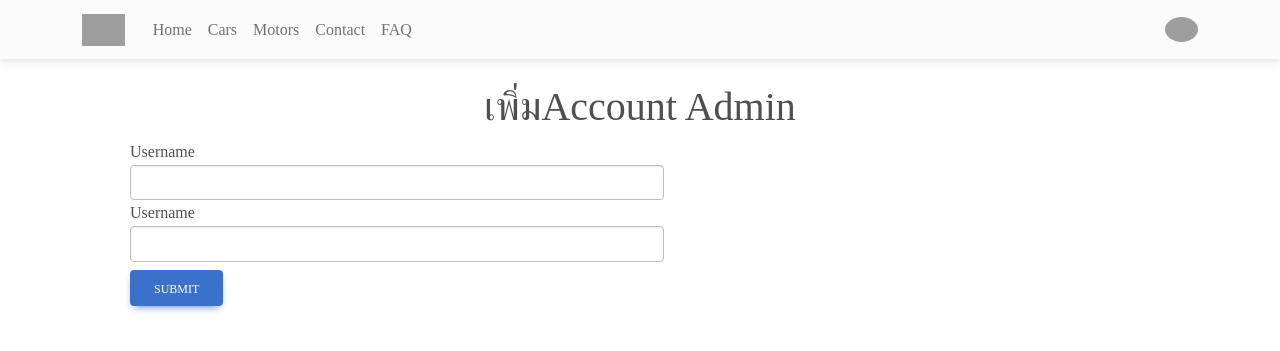
Repository: armychawakorn/Rent4U-Java
Page: http://localhost/miniproject/Admin/addusers.jsp
The author's editor kept a copy of each file at every save. The page is drawn from the files as they stood at one save, then again after the next save.
The browser window is 1280 px wide. The pictures show the whole page.
Pictures or frames that could not be fetched are drawn as grey boxes. Some web fonts or font styles are not loaded; a fallback is used. Some web libraries are served in a nearby version. The page is served by Tomcat 9.

Above is the page before, as saved 2023-10-28 19:47:10.

After the next save:
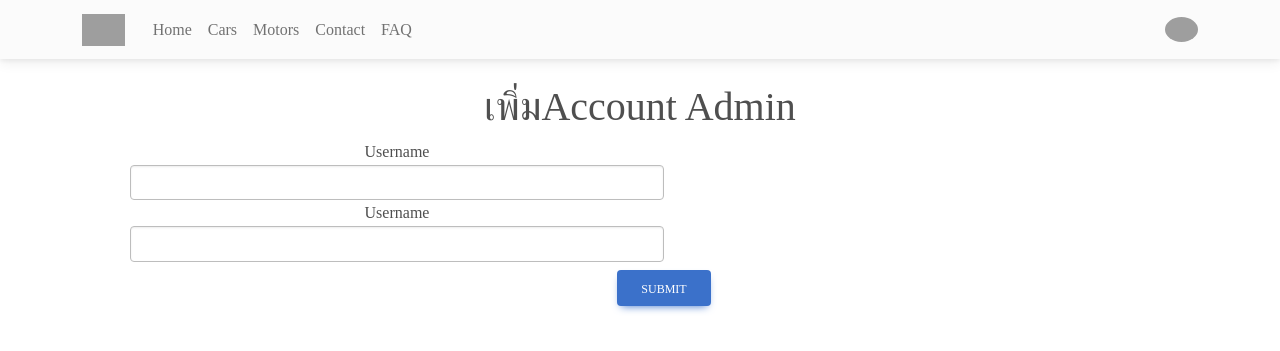
Saved 11 s later.
--- a/miniproject/src/main/webapp/Admin/addusers.jsp
+++ b/miniproject/src/main/webapp/Admin/addusers.jsp
@@ -24,7 +24,7 @@
 		<div class="pt-4 text-center">
 			<h1>เพิ่มAccount Admin</h1>
 		</div>
-		<form action="../Backend/AddUser.jsp" method="POST" class="ps-5 justify-content-center">
+		<form action="../Backend/AddUser.jsp" method="POST" class="ps-5 text-center">
 			<div class="form-group w-50">
 				<label for="Customer">Username</label>
 				<input type="text" id="username" name="username" class="form-control">
